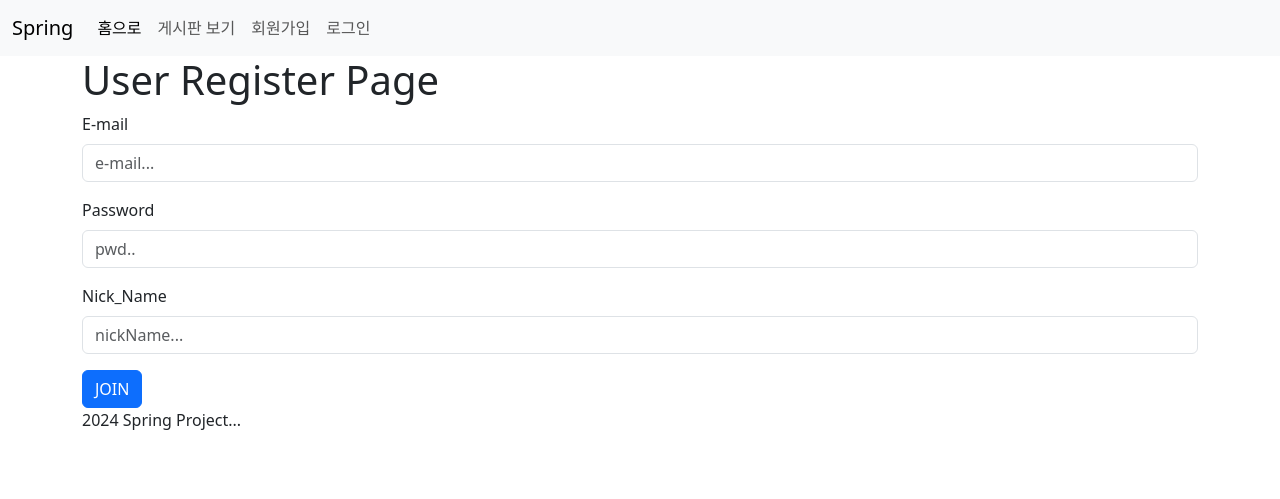
Repository: wanted2001/spring2_project
Page: http://localhost/spring_test2/WEB-INF/views/user/register.jsp
These files come from the project's save history. The page is drawn as it stood at one moment and after the next save; the edit follows.
The browser window is 1280 px wide. The pictures show the whole page.
The page is served by Tomcat 9. Nobody is signed in. The template is opened directly, without the code that normally fills it, so the values that code supplies are empty.

Above is the page before, as saved 2024-05-09 02:54:05.
Console error: TypeError: Cannot read properties of null (reading 'addEventListener')

After the next save:
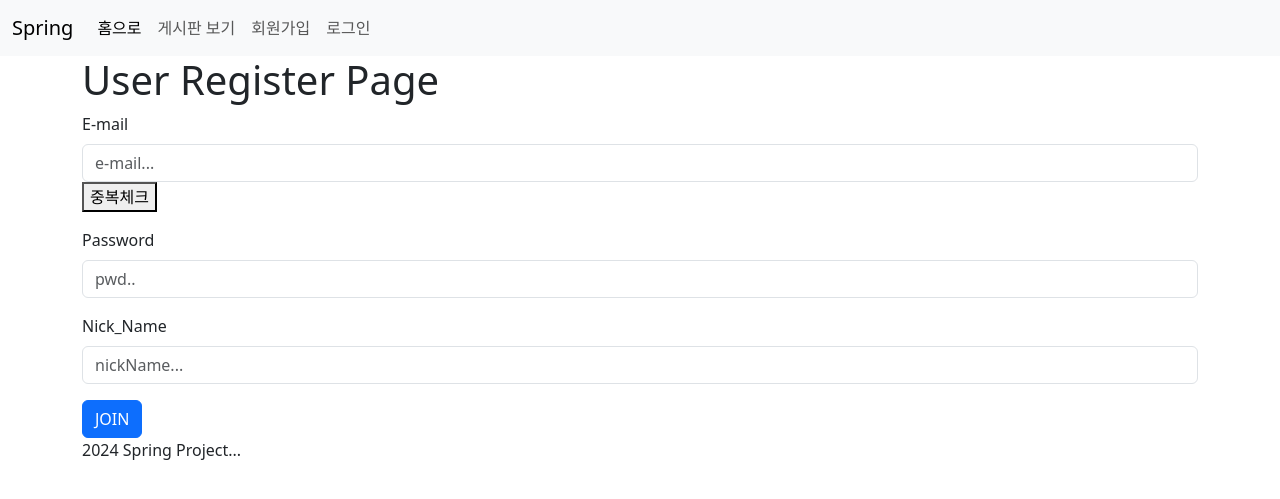
Saved 27 s later.
--- a/spring_test2/src/main/webapp/WEB-INF/views/user/register.jsp
+++ b/spring_test2/src/main/webapp/WEB-INF/views/user/register.jsp
@@ -7,6 +7,7 @@
 		<div class="mb-3">
 	  		<label for="e" class="form-label">E-mail</label>
 	  		<input type="text" class="form-control" name="email" id="e" placeholder="e-mail...">
+	  		<a href="/user/check"><button type="button">중복체크</button></a>
 		</div>
 		<div class="mb-3">
 	  		<label for="p" class="form-label">Password</label>
